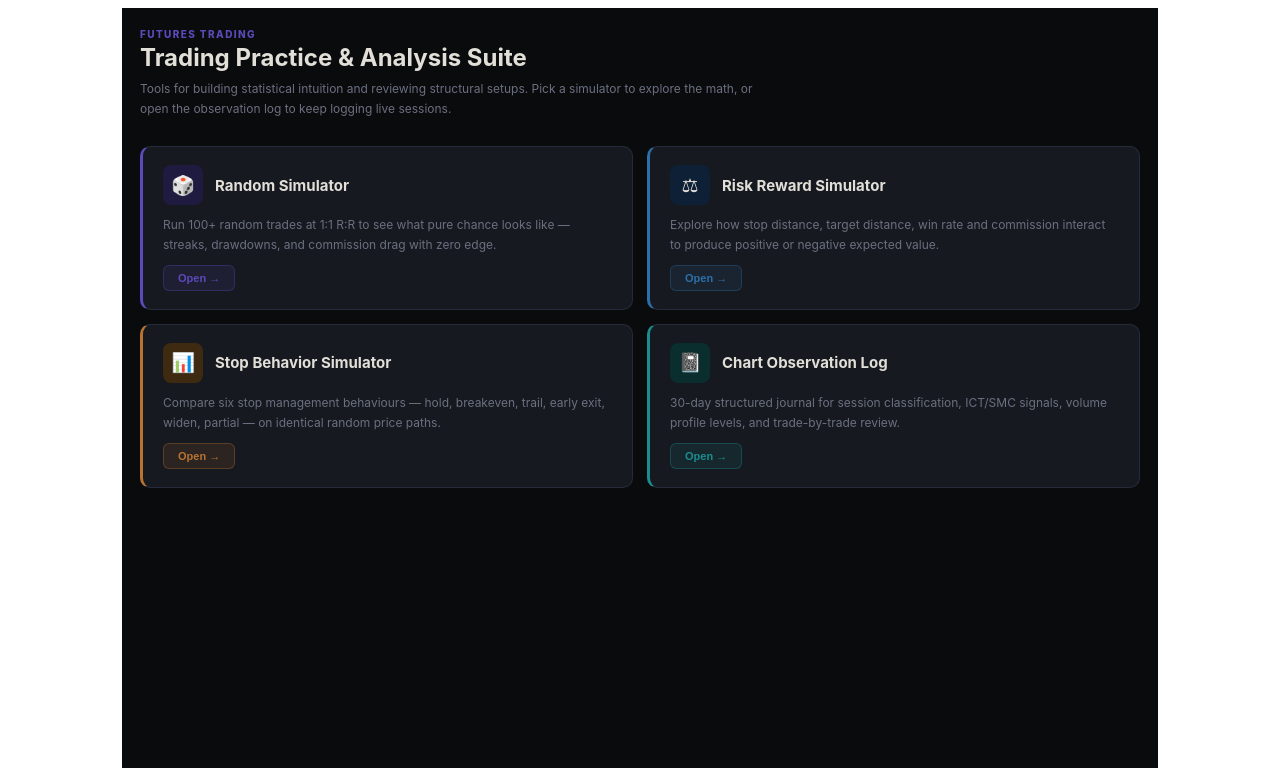
Repository: tenongene/trading-assistant-suite
Page: /
These files come from the project's save history. The page is drawn as it stood at one moment and after the next save; the edit follows.
The browser window is 1280 px wide. The pictures show the whole page.
The project was rebuilt for these pictures with package versions that can differ from the ones it lists, and the page was loaded fresh each time. Also part of the build but not shown: vite.config.js, src/ChartObservationLog.jsx, src/RiskReward.jsx, src/StopBehaviorSim.jsx, src/RandomSimulator.jsx, src/PnlTracker.jsx.

Above is the page before, as saved 2026-07-30 17:41:43.

### index.html
<!doctype html>
<html lang="en">
  <head>
    <meta charset="UTF-8" />
    <link rel="icon" type="image/svg+xml" href="/favicon.svg" />
    <meta name="viewport" content="width=device-width, initial-scale=1.0" />
    <title>chartobservationlog</title>
  </head>
  <body>
    <div id="root"></div>
    <script type="module" src="/src/main.jsx"></script>
  </body>
</html>

### src/main.jsx

import { StrictMode } from 'react'
import { createRoot } from 'react-dom/client'
import { BrowserRouter, Routes, Route } from 'react-router-dom'
import HomePage from './HomePage'
import ChartObservationLog from './ChartObservationLog'
import RiskReward from './RiskReward'
import StopBehaviorSim from './StopBehaviorSim'
import RandomSimulator from './RandomSimulator'
import PnlTracker from './PnlTracker'

createRoot(document.getElementById('root')).render(
  <StrictMode>
    <BrowserRouter>
      <Routes>
        <Route path="/" element={<HomePage />} />
        <Route path="/random-simulator" element={<RandomSimulator />} />
        <Route path="/risk-reward" element={<RiskReward />} />
        <Route path="/stop-behavior" element={<StopBehaviorSim />} />
        <Route path="/chart-observation-log" element={<ChartObservationLog />} />
        <Route path="/pnl-tracker" element={<PnlTracker />} />
      </Routes>
    </BrowserRouter>
  </StrictMode>,
)

### src/HomePage.jsx
import { useNavigate } from "react-router-dom";

// ── DESIGN TOKENS ─────────────────────────────────────────────
const C = {
  bg:"#0A0B0D", surface:"#111318", card:"#16191F",
  border:"#1E2330", border2:"#252B3A", text:"#E2DFD8",
  muted:"#6B7080", dim:"#3A3F50",
  green:"#1A9E75", greenDim:"#0D3D2E",
  red:"#C43B3B",   redDim:"#3D1212",
  amber:"#B87333", amberDim:"#3D2A10",
  purple:"#5A4ABA",purpleDim:"#1E1A40",
  blue:"#2D6FA8",  blueDim:"#0D2035",
  teal:"#1A8E8E",  tealDim:"#0A2D2D",
};

const TOOLS = [
  {
    path: "/random-simulator",
    icon: "🎲",
    title: "Random Simulator",
    desc: "Run 100+ random trades at 1:1 R:R to see what pure chance looks like — streaks, drawdowns, and commission drag with zero edge.",
    color: C.purple,
    colorDim: C.purpleDim,
  },
  {
    path: "/risk-reward",
    icon: "⚖",
    title: "Risk Reward Simulator",
    desc: "Explore how stop distance, target distance, win rate and commission interact to produce positive or negative expected value.",
    color: C.blue,
    colorDim: C.blueDim,
  },
  {
    path: "/stop-behavior",
    icon: "📊",
    title: "Stop Behavior Simulator",
    desc: "Compare six stop management behaviours — hold, breakeven, trail, early exit, widen, partial — on identical random price paths.",
    color: C.amber,
    colorDim: C.amberDim,
  },
  {
    path: "/chart-observation-log",
    icon: "📓",
    title: "Chart Observation Log",
    desc: "30-day structured journal for session classification, ICT/SMC signals, volume profile levels, and trade-by-trade review.",
    color: C.teal,
    colorDim: C.tealDim,
  },
];

function ToolCard({ tool, onOpen }) {
  return (
    <div
      onClick={onOpen}
      style={{
        background:C.card, border:`1px solid ${C.border2}`,
        borderLeft:`3px solid ${tool.color}`,
        borderRadius:10, padding:"18px 20px",
        cursor:"pointer", display:"flex", flexDirection:"column", gap:10,
        transition:"transform 0.12s, border-color 0.12s",
      }}
      onMouseEnter={e => { e.currentTarget.style.borderColor = tool.color; }}
      onMouseLeave={e => { e.currentTarget.style.borderColor = C.border2; e.currentTarget.style.borderLeftColor = tool.color; }}
    >
      <div style={{display:"flex", alignItems:"center", gap:12}}>
        <div style={{
          width:40, height:40, borderRadius:8, background:tool.colorDim,
          display:"flex", alignItems:"center", justifyContent:"center",
          fontSize:19, flexShrink:0,
        }}>{tool.icon}</div>
        <div style={{fontSize:15, fontWeight:700, color:C.text}}>{tool.title}</div>
      </div>
      <div style={{fontSize:12, color:C.muted, lineHeight:1.65, flex:1}}>{tool.desc}</div>
      <button onClick={onOpen} style={{
        alignSelf:"flex-start", padding:"6px 14px", borderRadius:6,
        fontSize:11, fontWeight:600, cursor:"pointer",
        background:`${tool.color}22`, color:tool.color,
        border:`1px solid ${tool.color}55`, transition:"all 0.15s",
      }}>Open →</button>
    </div>
  );
}

export default function HomePage() {
  const navigate = useNavigate();

  return (
    <div style={{
      background:C.bg, color:C.text, minHeight:"100vh",
      fontFamily:"'Inter',system-ui,sans-serif",
      padding:"20px 18px", maxWidth:1000, margin:"0 auto",
    }}>

      {/* Header */}
      <div style={{marginBottom:28}}>
        <div style={{fontSize:10, fontWeight:800, color:C.purple,
          textTransform:"uppercase", letterSpacing:"0.14em", marginBottom:4}}>
          FUTURES TRADING
        </div>
        <h1 style={{margin:"0 0 6px", fontSize:24, fontWeight:700, color:C.text, lineHeight:1.2}}>
          Trading Practice &amp; Analysis Suite
        </h1>
        <p style={{margin:0, fontSize:12, color:C.muted, lineHeight:1.65, maxWidth:640}}>
         Tools for building statistical intuition and reviewing structural setups.
          Pick a simulator to explore the math, or open the observation log to keep logging live sessions.
        </p>
      </div>

      {/* Tool grid */}
      <div style={{
        display:"grid", gridTemplateColumns:"1fr 1fr",
        gap:14,
      }}>
        {TOOLS.map(tool => (
          <ToolCard key={tool.path} tool={tool} onOpen={() => navigate(tool.path)} />
        ))}
      </div>

    </div>
  );
}

After the next save:
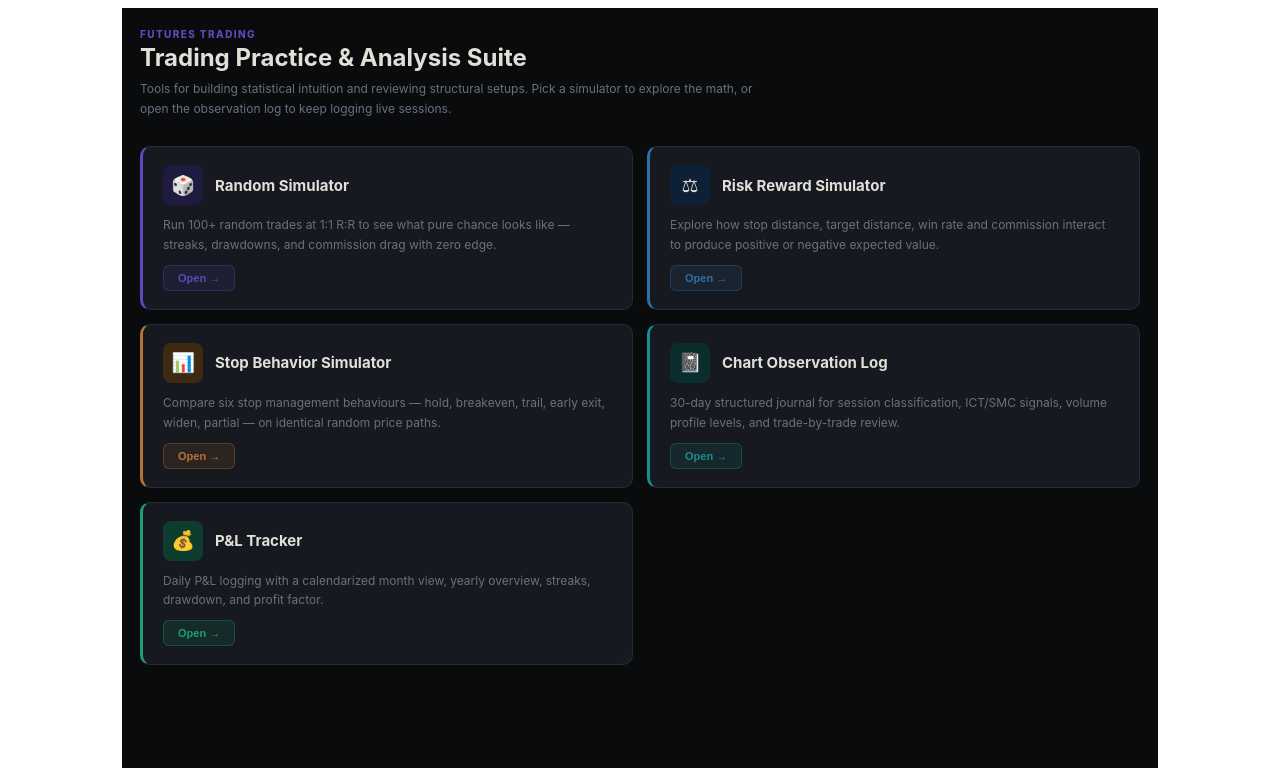
Saved 23 min 57 s later.
--- a/src/HomePage.jsx
+++ b/src/HomePage.jsx
@@ -45,6 +45,14 @@ const TOOLS = [
     desc: "30-day structured journal for session classification, ICT/SMC signals, volume profile levels, and trade-by-trade review.",
     color: C.teal,
     colorDim: C.tealDim,
+  },
+  {
+    path: "/pnl-tracker",
+    icon: "💰",
+    title: "P&L Tracker",
+    desc: "Daily P&L logging with a calendarized month view, yearly overview, streaks, drawdown, and profit factor.",
+    color: C.green,
+    colorDim: C.greenDim,
   },
 ];
 
